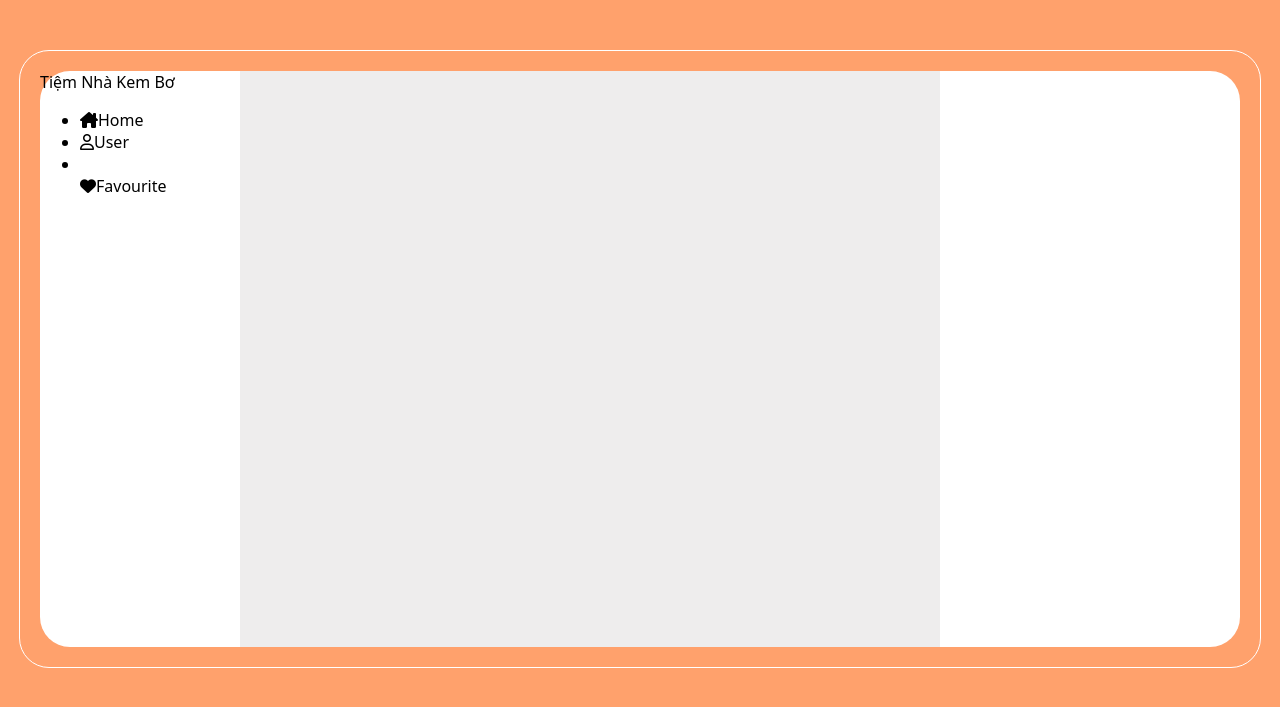
Repository: hnguyeng/tiemnhabo
Page: index.html
An editor plug-in stored every save of this project. The page is shown before and after the next save, followed by the edit.
The browser window is 1280 px wide. The pictures show the whole page.

Above is the page before, as saved 2022-12-13 00:54:12.

After the next save:
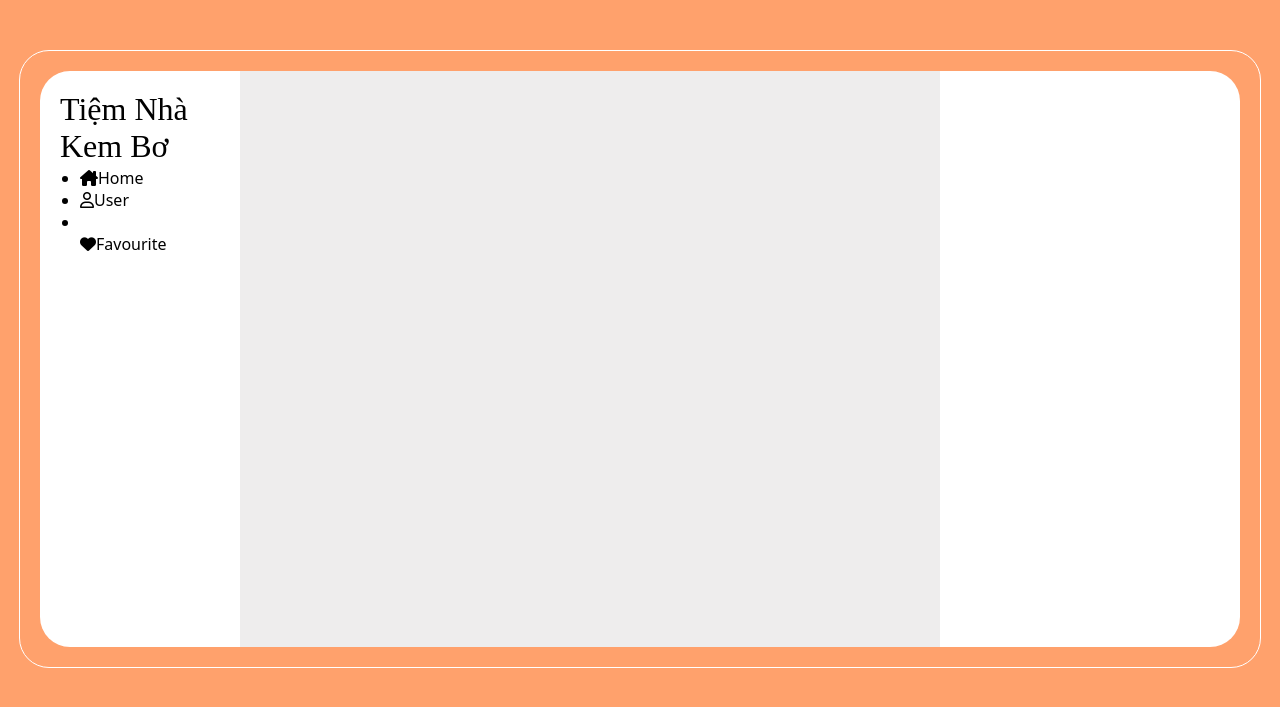
Saved 6 min 29 s later.
--- a/style.css
+++ b/style.css
@@ -35,3 +35,11 @@
     border-left: 1px solid var(--light);
     border-right: 1px solid var(--light);
  }
+ /* menu */
+ .menu .logo{
+    padding: 20px 0 20px 20px ;
+    font-family: 'lobster', cursive;
+    font-size: xx-large;
+    height: 40px;
+ }
+ /* end menu */
